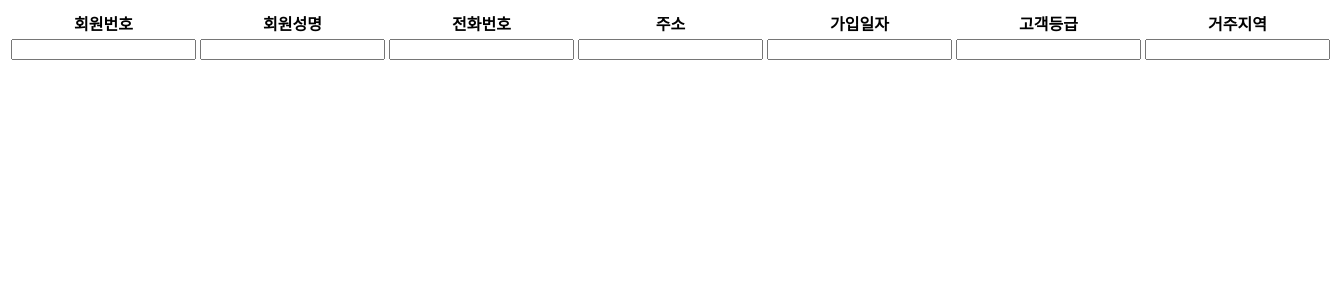
Repository: beruzz/ezen
Page: http://localhost/hrd_project/update.jsp
An editor plug-in stored every save of this project. The page is shown before and after the next save, followed by the edit.
The browser window is 1280 px wide. The page is 1333 px wide, so the pictures cover 1333 px, including what lies to the right of the window. The pictures show the whole page.
The page is served by Tomcat 9.

Above is the page before, as saved 2022-12-15 06:59:31.

### JSP_Board&Member/hrd_project/src/main/webapp/update.jsp
<%@ page language="java" contentType="text/html; charset=UTF-8"
    pageEncoding="UTF-8"%>
<!DOCTYPE html>
<html>
<head>
<meta charset="UTF-8">
<title>Insert title here</title>
</head>
<body>
	<table>
	<tr>
		<th>회원번호</th>
		<th>회원성명</th>
		<th>전화번호</th>
		<th>주소</th>
		<th>가입일자</th>
		<th>고객등급</th>
		<th>거주지역</th>
	</tr>
	<tr>
		<td><input type="text" name="custno"></td>
		<td><input type="text" name="custname"></td>
		<td><input type="text" name="phone"></td>
		<td><input type="text" name="address"></td>
		<td><input type="text" name="joindate"></td>
		<td><input type="text" name="grade"></td>
		<td><input type="text" name="city"></td>
	</tr>
</table>
</body>
</html>

After the next save:
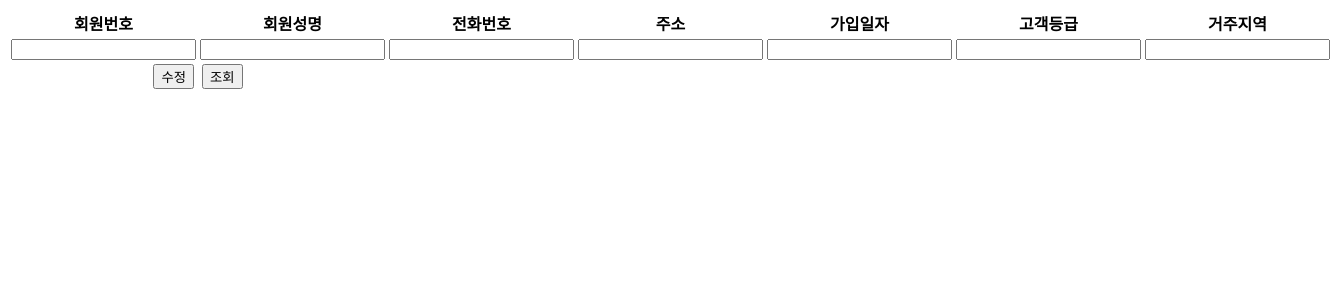
Saved 11 s later.
--- a/JSP_Board&Member/hrd_project/src/main/webapp/update.jsp
+++ b/JSP_Board&Member/hrd_project/src/main/webapp/update.jsp
@@ -26,6 +26,11 @@
 		<td><input type="text" name="grade"></td>
 		<td><input type="text" name="city"></td>
 	</tr>
+	<tr>
+      <th colspan="2">
+         <input type="submit" value="수정">&nbsp;
+         <input type="button" value="조회" onclick="location.href='list.jsp'">
+      </th>
 </table>
 </body>
 </html>
